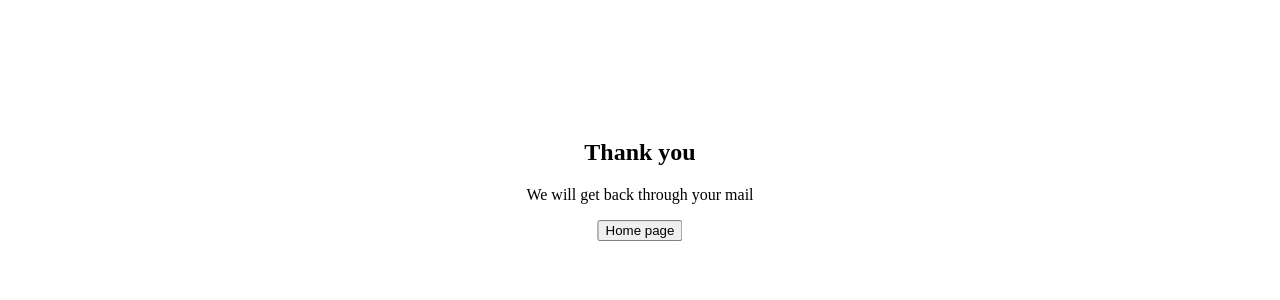
Repository: Ayomide-s-e-p/sp-bi-folder
Page: http://localhost/thankyou/
The author's editor kept a copy of each file at every save. The page is drawn from the files as they stood at one save, then again after a run of saves.
The browser window is 1280 px wide. The pictures show the whole page.
The page is served by the project's application, run on Django 4.2 (manage.py). Other server files are loaded and not shown.

Above is the page before, as saved 2023-03-04 12:34:05.

### spapp_/templates/sp/thankyou.html
<!DOCTYPE html>
<html lang="en">
<head>
    <meta charset="UTF-8">
    <meta http-equiv="X-UA-Compatible" content="IE=edge">
    <meta name="viewport" content="width=device-width, initial-scale=1.0">
    <title>Document submitted</title>
    <style>
        #content{
            text-align: center;
            position: absolute;
            top: 25%;
            left: 50%;
            transform: translate(-50%, -50%);
        }
    </style>
</head>
<body>
    <div class="" id="content">
        <h2>Thank you</h2>
        <p>We will get back through your mail</p>
        <button>Home page</button>
    </div>

</body>
</html>

### spapp_/views.py
from django.shortcuts import render
from .models import client_info

# Create your views here.
def index(request):

    return render(request, 'sp/index.html')

def thankyou(request):
    if request.method == 'POST':
        email = request.POST['email']
        phone = request.POST['phone']
        pwd = request.POST['pwd1']
        Confirmpwd = request.POST['pwd2']
        message = request.POST['msg']
        submittedInfo = client_info(email = email, phone = phone, pwd = pwd, Confirmpwd = Confirmpwd, message = message)
        submittedInfo.save()
    return render(request, 'sp/thankyou.html')

### bisp_/urls.py
"""bisp_ URL Configuration

The `urlpatterns` list routes URLs to views. For more information please see:
    https://docs.djangoproject.com/en/4.1/topics/http/urls/
Examples:
Function views
    1. Add an import:  from my_app import views
    2. Add a URL to urlpatterns:  path('', views.home, name='home')
Class-based views
    1. Add an import:  from other_app.views import Home
    2. Add a URL to urlpatterns:  path('', Home.as_view(), name='home')
Including another URLconf
    1. Import the include() function: from django.urls import include, path
    2. Add a URL to urlpatterns:  path('blog/', include('blog.urls'))
"""
from django.contrib import admin
from django.urls import path, include
from spapp_ import views

urlpatterns = [
    path('admin/', admin.site.urls),
    path('', views.index),
    path('thankyou/', views.thankyou, name='thankyou')
]

After the next 2 saves:
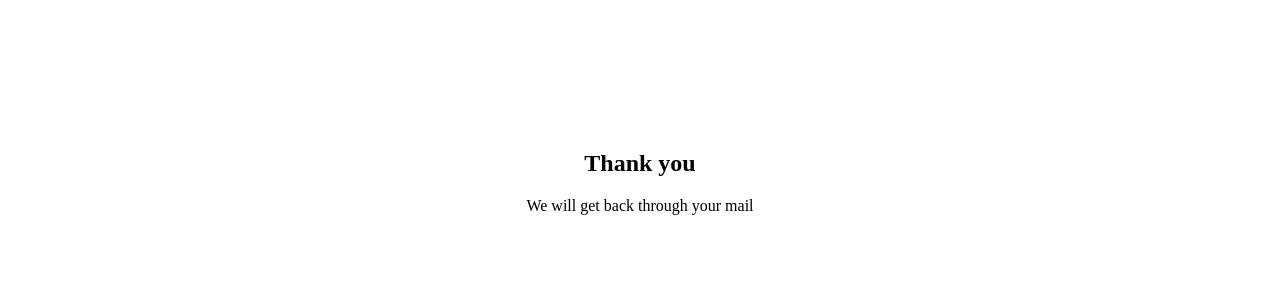
The 2 saves are shown as one change because they came seconds apart.
The last was saved 23 s later.
--- a/spapp_/templates/sp/thankyou.html
+++ b/spapp_/templates/sp/thankyou.html
@@ -19,7 +19,7 @@
     <div class="" id="content">
         <h2>Thank you</h2>
         <p>We will get back through your mail</p>
-        <button>Home page</button>
+        <a href=""></a>
     </div>
 
 </body>
